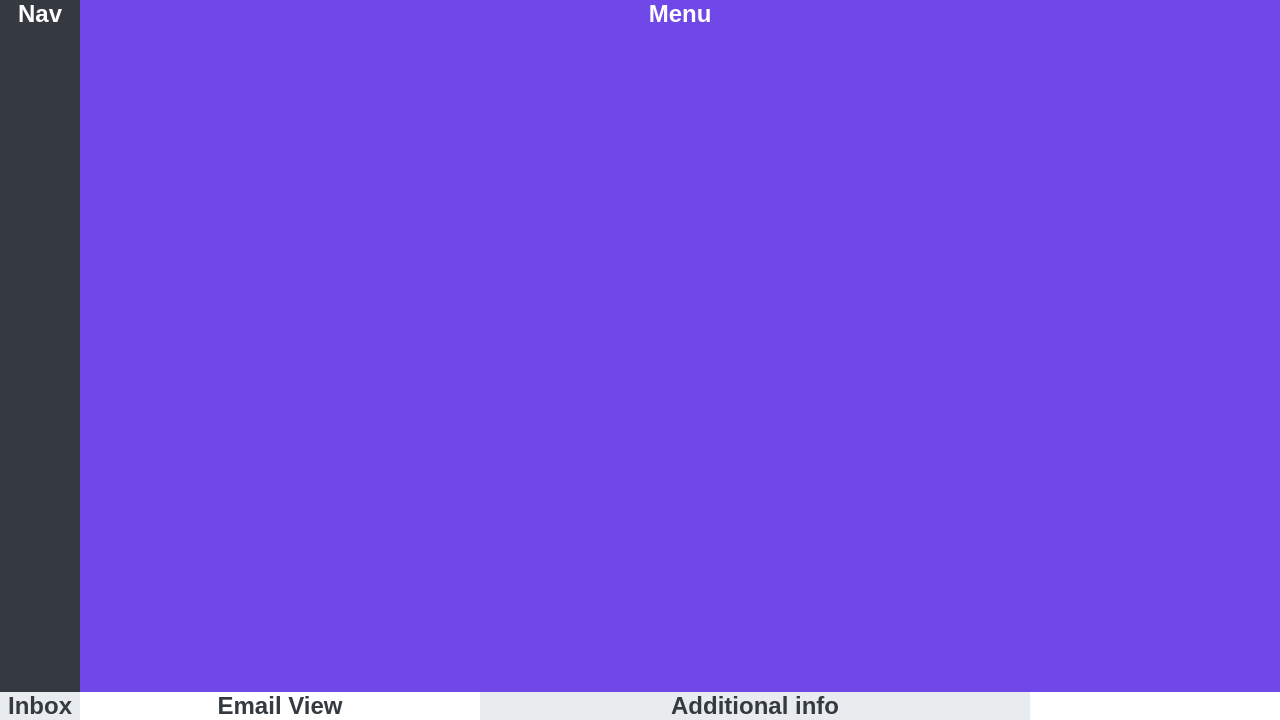
Repository: sunny070/CSS
Page: HTML and CSS some of the important components/06_app-layout.html
The author's editor kept a copy of each file at every save. The page is drawn from the files as they stood at one save, then again after the next save.
The browser window is 1280 px wide. The pictures show the whole page.

Above is the page before, as saved 2023-11-17 13:55:31.

After the next save:
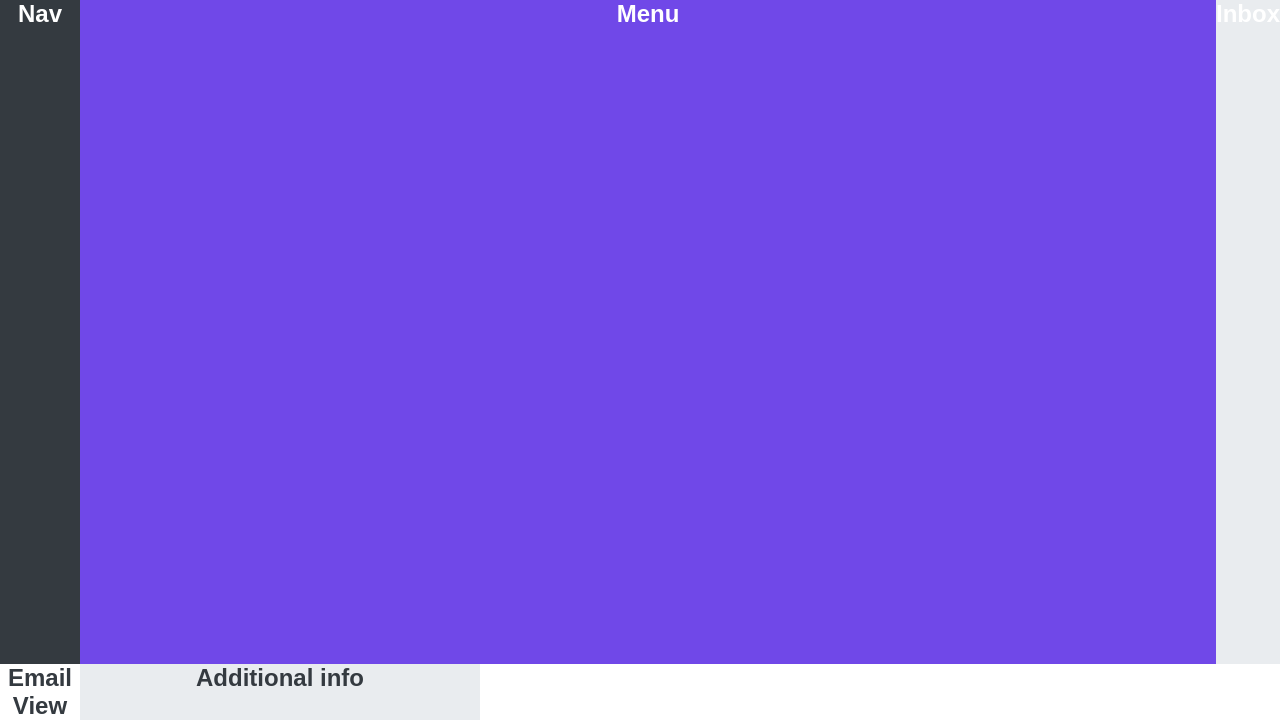
Saved 12 s later.
--- a/HTML and CSS some of the important components/06_app-layout.html
+++ b/HTML and CSS some of the important components/06_app-layout.html
@@ -21,7 +21,7 @@
             grid-template-columns: 80px 400px 1fr 250px;
             grid-template-rows: 80px 1fr;
         }
-        nav,menu,section
+        nav,menu,section,main
         nav{
             background-color:#343a40 ;
             color:#fff;
